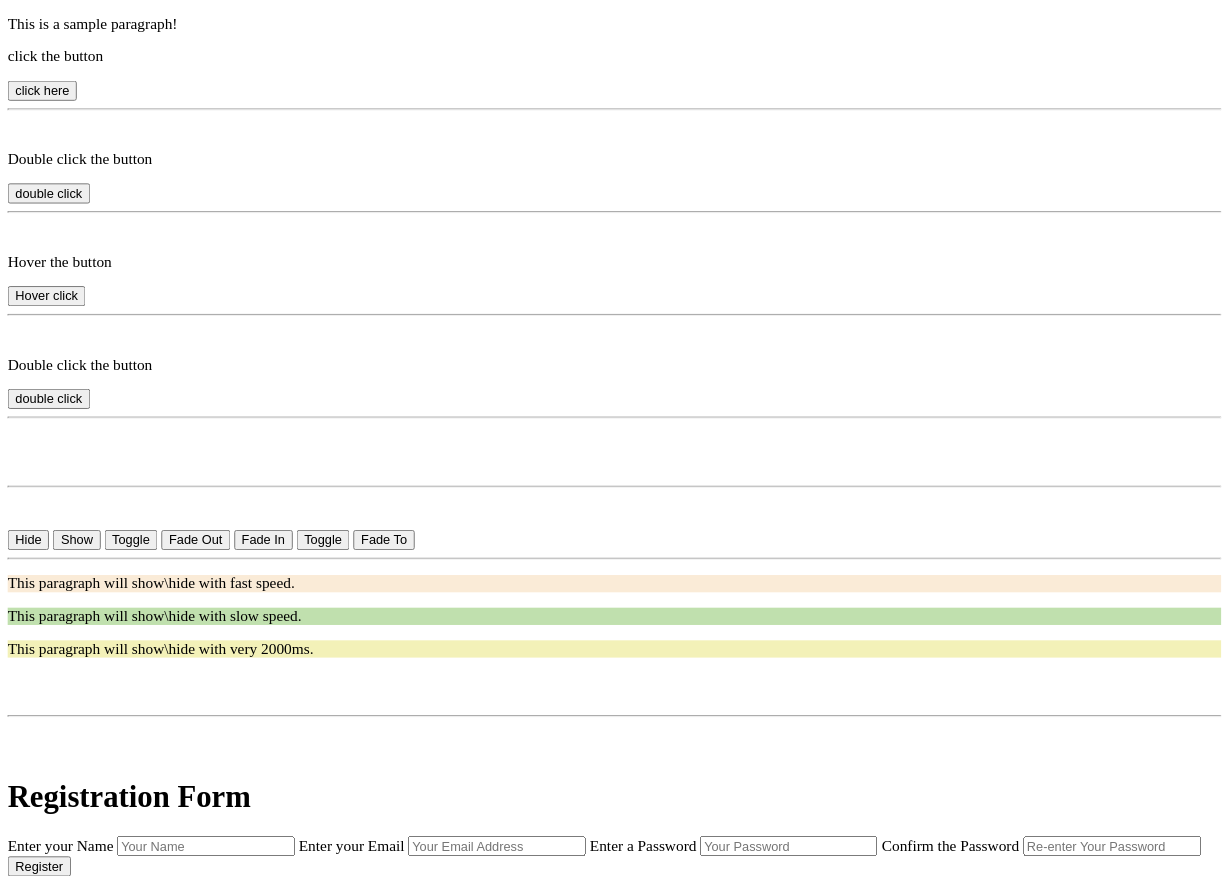
Repository: DhananjayaLakshan/Uom-Web_Design_For_Beginners
Page: Work02/index.html
The author's editor kept a copy of each file at every save. The page is drawn from the files as they stood at one save, then again after the next save.
The browser window is 1280 px wide. The pictures show the whole page, at 96% of full size.

Above is the page before, as saved 2023-11-30 21:52:24.

After the next save:
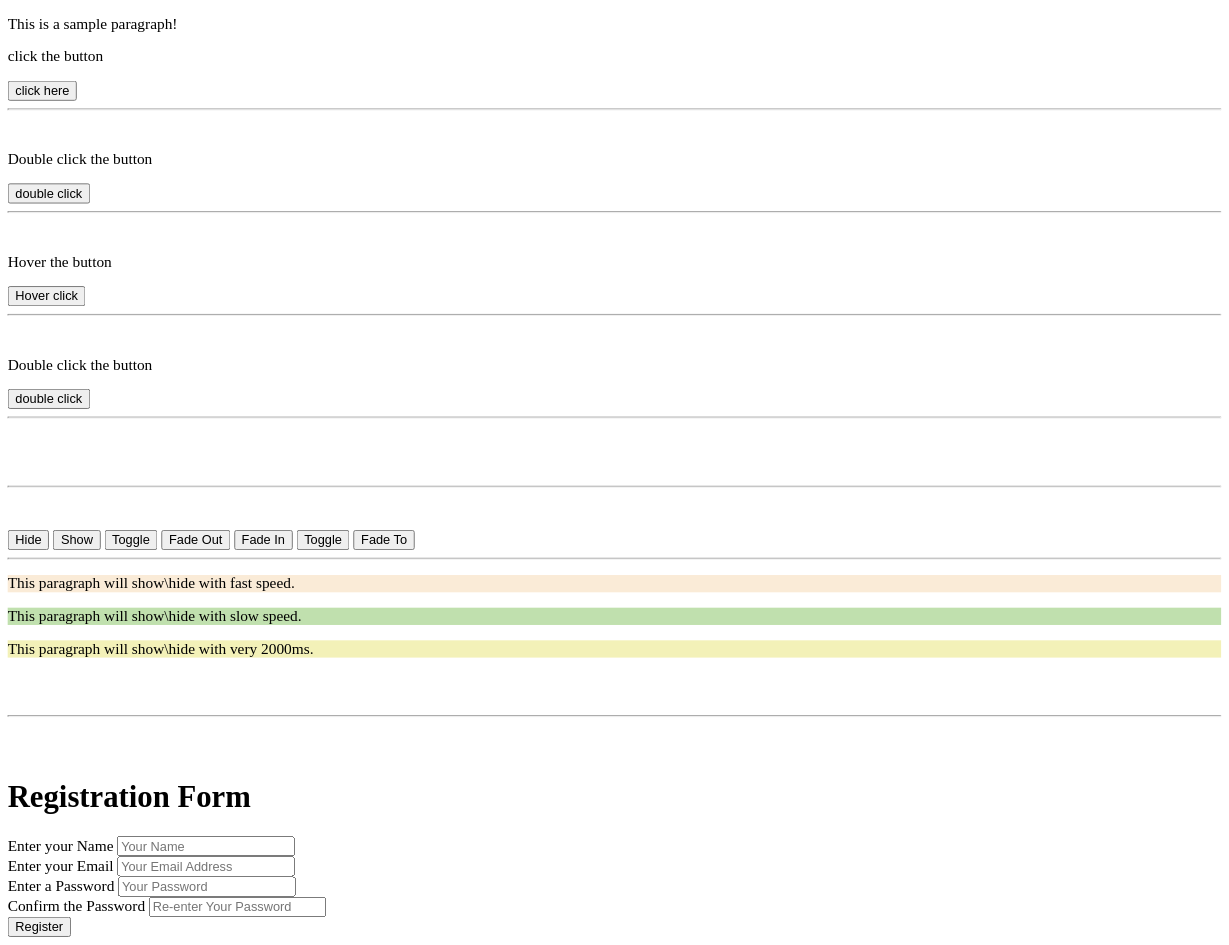
Saved 28 s later.
--- a/Work02/index.html
+++ b/Work02/index.html
@@ -154,16 +154,16 @@
         <h1>Registration Form</h1>
         <form action="" name="registration">
             <label for="name">Enter your Name</label>
-            <input type="text" name="name" id="name" placeholder="Your Name" />
+            <input type="text" name="name" id="name" placeholder="Your Name" /> <br>
 
             <label for="email">Enter your Email</label>
-            <input type="email" name="email" id="email" placeholder="Your Email Address" />
+            <input type="email" name="email" id="email" placeholder="Your Email Address" /><br>
 
             <label for="password">Enter a Password</label>
-            <input type="password" name="password" id="password" placeholder="Your Password" />
+            <input type="password" name="password" id="password" placeholder="Your Password" /><br>
 
             <label for="password">Confirm the Password</label>
-            <input type="password" name="confirmpassword" id="confirmpassword" placeholder="Re-enter Your Password" />
+            <input type="password" name="confirmpassword" id="confirmpassword" placeholder="Re-enter Your Password" /><br>
 
             <button type="submit">Register</button>
         </form>
